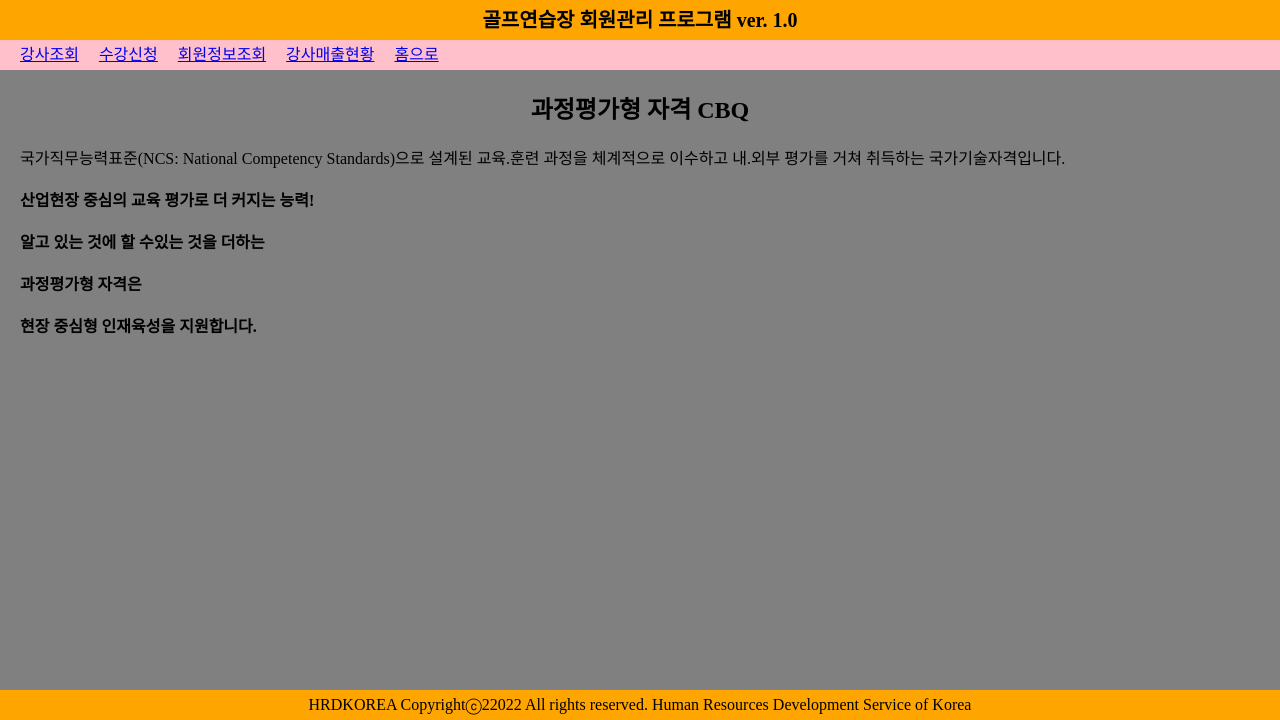
Repository: leesuyeon116/HRD_3
Page: http://localhost/HRD_0505/
An editor plug-in stored every save of this project. The page is shown before and after the next save, followed by the edit.
The browser window is 1280 px wide. The pictures show the whole page.
The page is served by Tomcat 9.

Above is the page before, as saved 2024-05-05 10:34:24.

### workspace/HRD_0505/src/main/webapp/index.jsp
<%@ page language="java" contentType="text/html; charset=UTF-8"
    pageEncoding="UTF-8"%>
<!DOCTYPE html>
<html>
<head>
<meta charset="UTF-8">
<title>index</title>
</head>
<body>
<jsp:include page="header.jsp"></jsp:include>
<section style="position: fixed; top: 70px; left: 0px; width: 100%; height: 100%; background-color: gray">
<h2 style="text-align: center">과정평가형 자격 CBQ</h2>
<p style="padding-left: 20px">
국가직무능력표준(NCS: National Competency Standards)으로 설계된 교육.훈련 과정을 체계적으로 이수하고 내.외부 평가를 거쳐 취득하는 국가기술자격입니다. <br><br>
<b>
산업현장 중심의 교육 평가로 더 커지는 능력! <br><br>
알고 있는 것에 할 수있는 것을 더하는 <br><br>
과정평가형 자격은 <br><br>
현장 중심형 인재육성을 지원합니다.
</b>
<p>
</section>

<jsp:include page="footer.jsp"></jsp:include>
</body>
</html>

### workspace/HRD_0505/src/main/webapp/header.jsp
<%@ page language="java" contentType="text/html; charset=UTF-8"
    pageEncoding="UTF-8"%>
<!DOCTYPE html>
<html>
<head>
<meta charset="UTF-8">
<title>header</title>
</head>
<body>
<header style="position: fixed; top: 0px; left: 0px; width: 100%; height: 40px; line-height: 40px; background-color: orange;
	text-align: center; font-size: 20px">
<b>골프연습장 회원관리 프로그램 ver. 1.0</b>
</header>

<nav style="position: fixed; top: 40px; left: 0px; width: 100%; height: 30px; line-height: 30px; background-color: pink;
	padding-left: 20px">
	<a href="tlist.jsp">강사조회</a> &nbsp; &nbsp;
	<a href="insert.jsp">수강신청</a> &nbsp; &nbsp;
	<a href="mlist.jsp">회원정보조회</a> &nbsp; &nbsp;
	<a href="salary.jsp">강사매출현황</a> &nbsp; &nbsp;
	<a href="index.jsp">홈으로</a> &nbsp; &nbsp;
</nav>
</body>
</html>

### workspace/HRD_0505/src/main/webapp/footer.jsp
<%@ page language="java" contentType="text/html; charset=UTF-8"
    pageEncoding="UTF-8"%>
<!DOCTYPE html>
<html>
<head>
<meta charset="UTF-8">
<title>footer</title>
</head>
<body>
<footer style="position: fixed; bottom: 0px; left: 0px; width: 100%; height: 30px; line-height: 30px; background-color: orange;
	text-align: center">
	HRDKOREA Copyrightⓒ22022 All rights reserved. Human Resources Development Service of Korea
</footer>
</body>
</html>

After the next save:
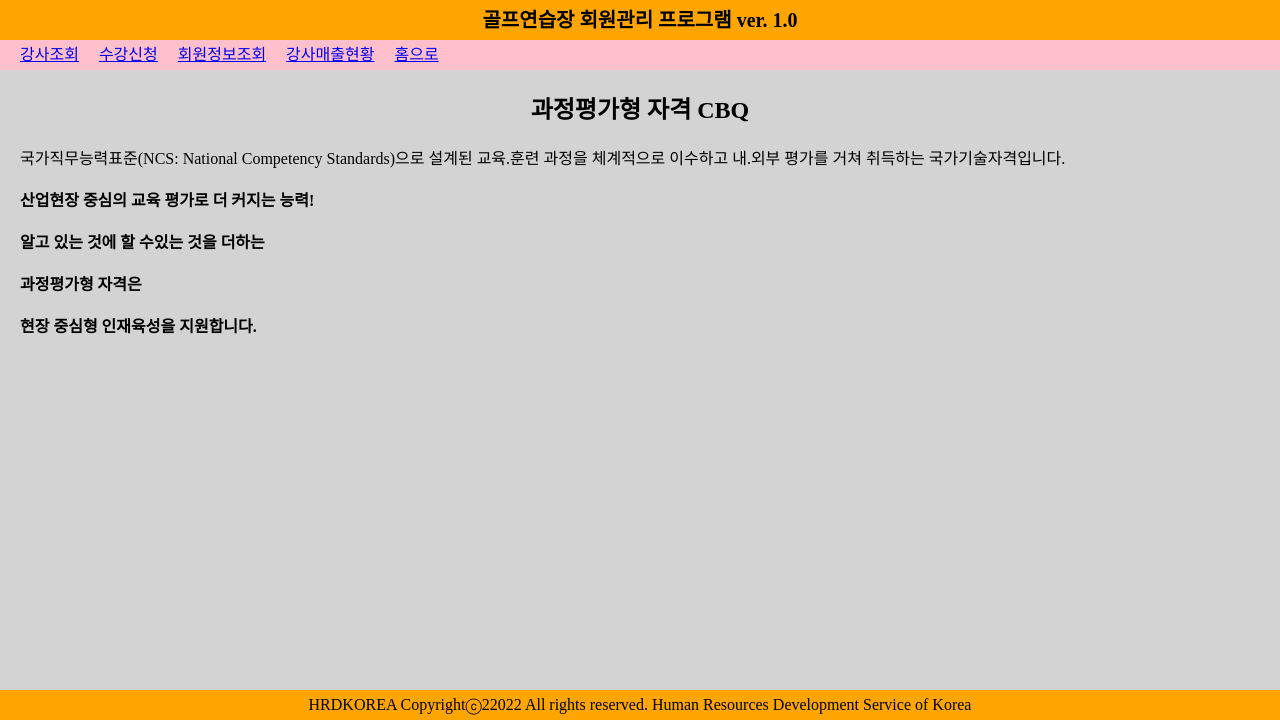
Saved 3 min 18 s later.
--- a/workspace/HRD_0505/src/main/webapp/index.jsp
+++ b/workspace/HRD_0505/src/main/webapp/index.jsp
@@ -8,7 +8,7 @@
 </head>
 <body>
 <jsp:include page="header.jsp"></jsp:include>
-<section style="position: fixed; top: 70px; left: 0px; width: 100%; height: 100%; background-color: gray">
+<section style="position: fixed; top: 70px; left: 0px; width: 100%; height: 100%; background-color: lightgray">
 <h2 style="text-align: center">과정평가형 자격 CBQ</h2>
 <p style="padding-left: 20px">
 국가직무능력표준(NCS: National Competency Standards)으로 설계된 교육.훈련 과정을 체계적으로 이수하고 내.외부 평가를 거쳐 취득하는 국가기술자격입니다. <br><br>

After the 2 saves that followed:
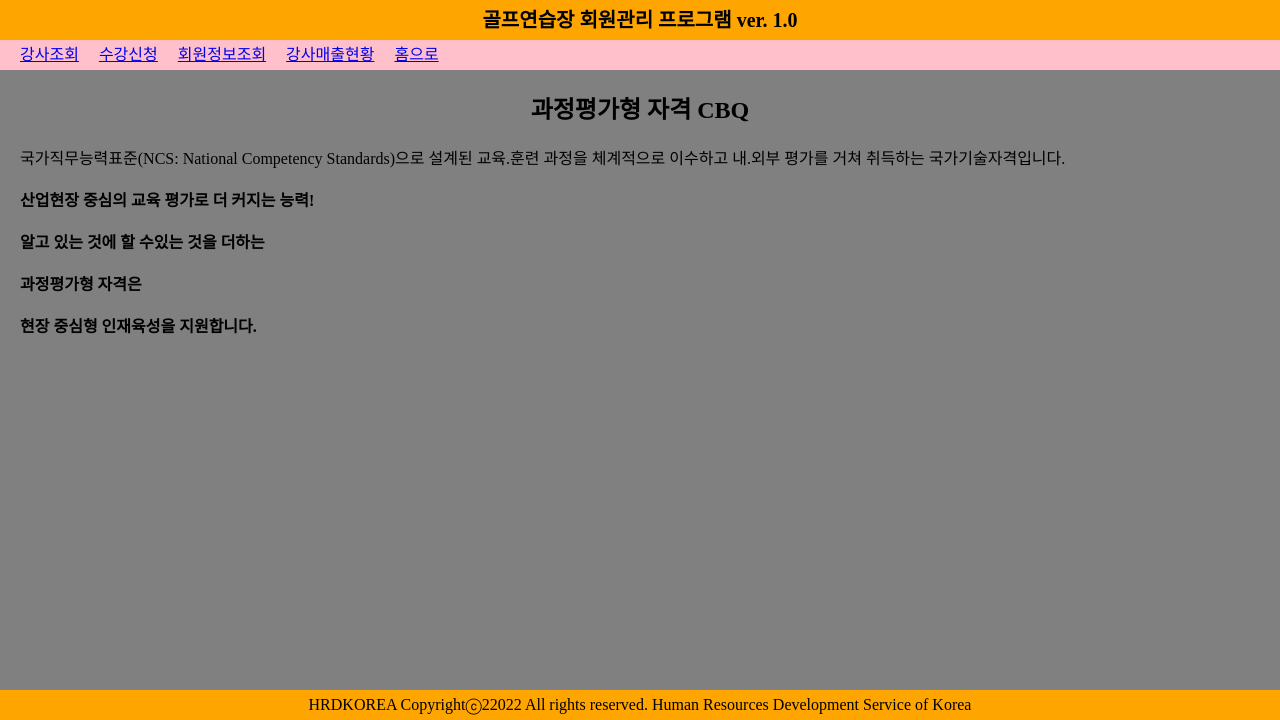
The 2 saves are shown as one change because 1 left the picture as it was.
The last was saved 10 min 26 s later.
--- a/workspace/HRD_0505/src/main/webapp/index.jsp
+++ b/workspace/HRD_0505/src/main/webapp/index.jsp
@@ -8,7 +8,8 @@
 </head>
 <body>
 <jsp:include page="header.jsp"></jsp:include>
-<section style="position: fixed; top: 70px; left: 0px; width: 100%; height: 100%; background-color: lightgray">
+
+<section style="position: fixed; top: 70px; left: 0px; width: 100%; height: 100%; background-color: gray">
 <h2 style="text-align: center">과정평가형 자격 CBQ</h2>
 <p style="padding-left: 20px">
 국가직무능력표준(NCS: National Competency Standards)으로 설계된 교육.훈련 과정을 체계적으로 이수하고 내.외부 평가를 거쳐 취득하는 국가기술자격입니다. <br><br>
